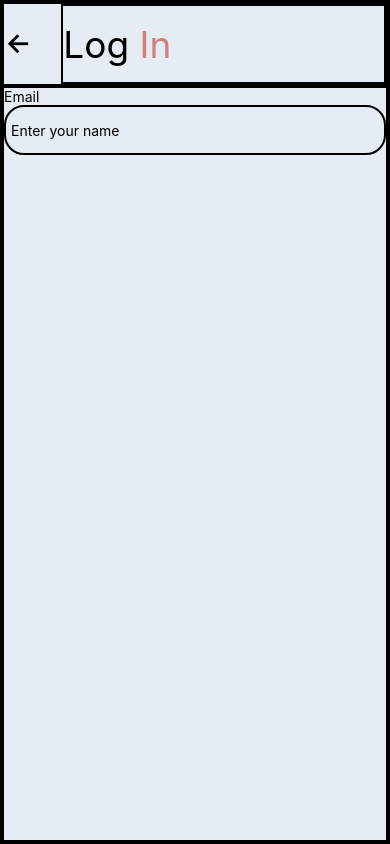
Repository: kgayathridevi/pregband
Screen: /
An editor plug-in stored every save of this project. The screen is shown before and after the next save, followed by the edit.
The app was drawn by React Native's web renderer in a window 390 px wide. The project was rebuilt for these pictures with package versions that can differ from the ones it lists, and the page was loaded fresh each time. Also part of the build but not shown: component/SignUpScreen.jsx, component/Home.jsx.

Above is the screen before, as saved 2023-04-28 15:07:20.

### App.js
import { NavigationContainer } from "@react-navigation/native";
import { createNativeStackNavigator } from "@react-navigation/native-stack";
import { StatusBar } from "expo-status-bar";
import { StyleSheet, Text, View } from "react-native";
import SignUpScreen from "./component/SignUpScreen";
import LogInScreen from "./component/LogInScreen";
import Home from "./component/Home";

const Stack = createNativeStackNavigator();
export default function App() {
  return (
    <NavigationContainer>
      <Stack.Navigator initialRouteName="Log">
        <Stack.Screen
          options={{ headerShown: false }}
          name="Log"
          component={LogInScreen}
        />
        <Stack.Screen name="Sign" component={SignUpScreen} />
        <Stack.Screen name="Home" component={Home} />
      </Stack.Navigator>
    </NavigationContainer>
  );
}

const styles = StyleSheet.create({
  // container: {
  //   flex: 1,
  //   backgroundColor: '#fff',
  //   alignItems: 'center',
  //   justifyContent: 'center',
  // },
});

### component/LogInScreen.jsx
import {
  Button,
  StyleSheet,
  Text,
  TextInput,
  TouchableOpacity,
  View,
} from "react-native";
import React from "react";
import { SafeAreaView } from "react-native-safe-area-context";
import Ionicons from "@expo/vector-icons/Ionicons";

const LogInScreen = ({ navigation }) => {
  return (
    <SafeAreaView style={styles.container}>
      <View style={styles.headerContainer}>
        <View style={styles.btnCont}>
          {/* <Text>back</Text> */}
          <Ionicons name="arrow-back" color="black" size={30} />
        </View>
        <View style={styles.titleContain}>
          <Text style={styles.textC}>Log</Text>
          <Text style={[styles.textC, styles.textC2]}> In</Text>
        </View>
      </View>
      <View style={styles.mainContainer}>
        <View style={styles.inputContainer}>
          <Text>Email</Text>
          <TextInput style={styles.textInp} placeholder="Enter your name" />
        </View>
        <View></View>
      </View>
    </SafeAreaView>
  );
};

export default LogInScreen;

const styles = StyleSheet.create({
  container: {
    borderWidth: 2,
    height: "100%",
    backgroundColor: "#E5ECF3",
  },
  headerContainer: {
    borderWidth: 2,
    height: "10%",
    flexDirection: "row",
    justifyContent: "space-between",
  },
  titleContain: {
    borderWidth: 2,
    flexDirection: "row",
    width: "85%",
    alignItems: "center",
  },
  btnCont: {
    justifyContent: "center",
    // borderWidth: 2,
  },
  textC: {
    fontSize: 37,
  },
  textC2: {
    color: "#D37F7D",
  },

  mainContainer: {
    borderWidth: 2,
    height: "90%",
  },
  inputContainer: {},
  textInp: {
    borderWidth: 2,
    borderRadius: 20,
    height: 50,
    paddingHorizontal: 5,
  },
});

After the next save:
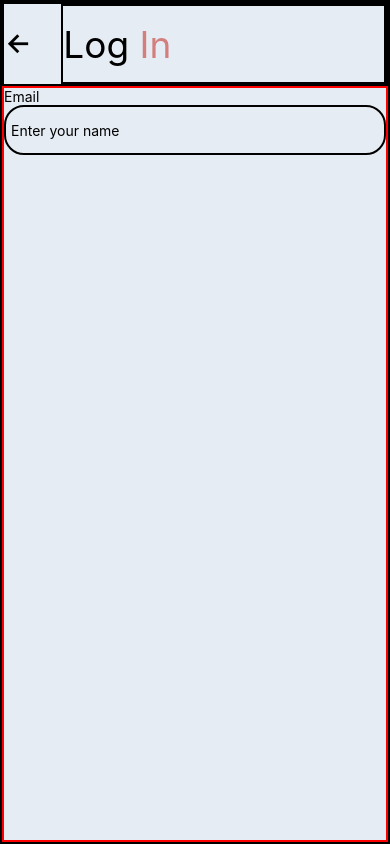
Saved 22 s later.
--- a/component/LogInScreen.jsx
+++ b/component/LogInScreen.jsx
@@ -68,6 +68,7 @@ const styles = StyleSheet.create({
   mainContainer: {
     borderWidth: 2,
     height: "90%",
+    borderColor: "red",
   },
   inputContainer: {},
   textInp: {
